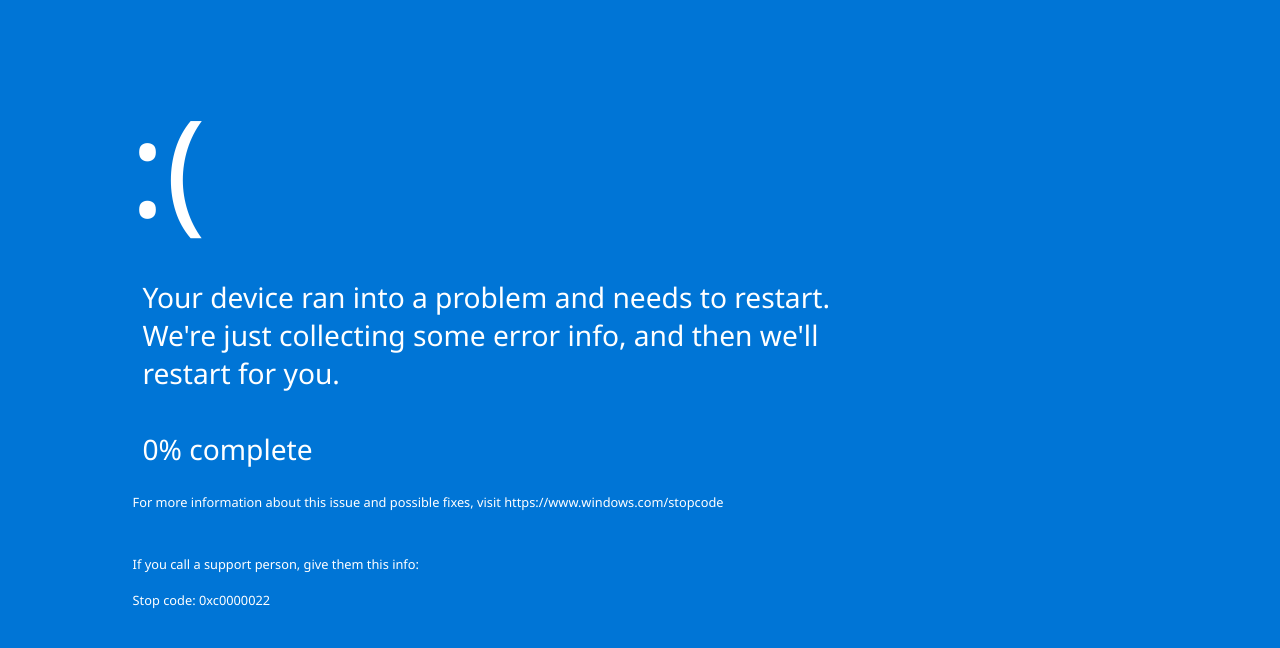
Repository: end888160/end888160.github.io
Page: BSoD2.html
The author's editor kept a copy of each file at every save. The page is drawn from the files as they stood at one save, then again after a run of saves.
The browser window is 1280 px wide. The pictures show the whole page.

Above is the page before, as saved 2024-09-22 23:23:00.

After the next 3 saves:
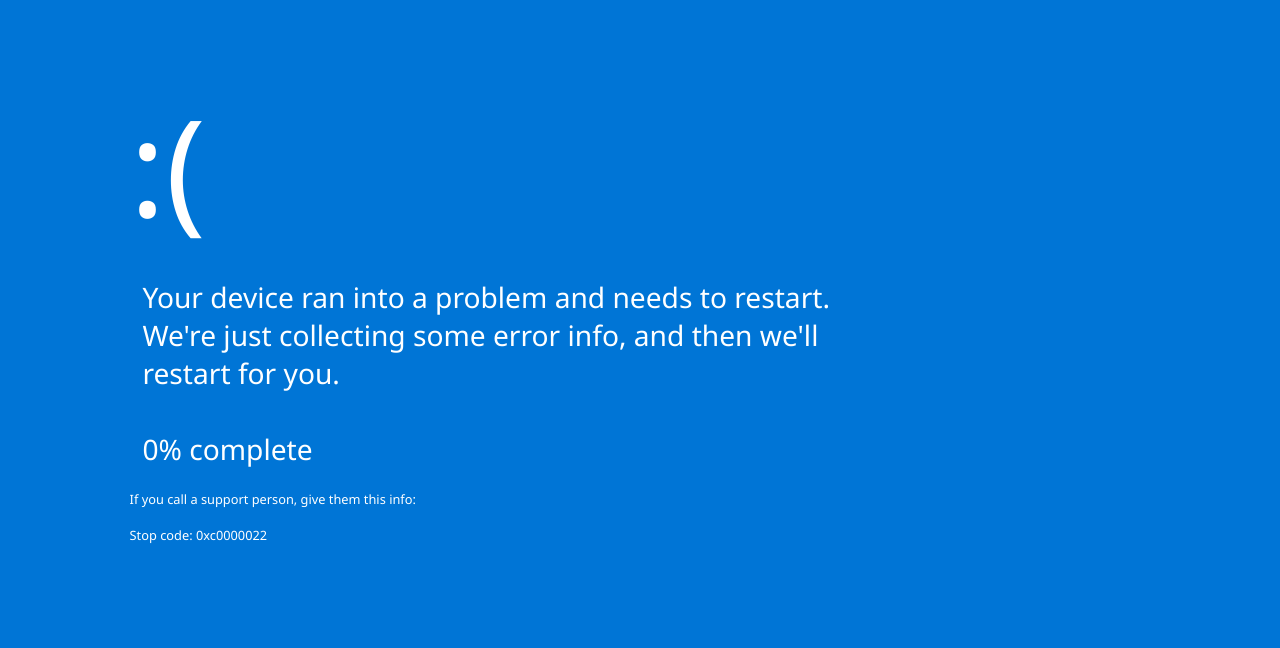
The 3 saves are shown as one change because they came seconds apart.
The last was saved 18 s later.
--- a/BSoD2.html
+++ b/BSoD2.html
@@ -24,6 +24,7 @@
 	#for {
 		font-weight: 100;
 		font-size: 1vw;
+		padd
 	}
 
 </style>
@@ -34,11 +35,6 @@
 	<br>
 	0% complete </div>
 	<br>
-	<table>
-		<td><div id="for">For more information about this issue and possible fixes, visit https://www.windows.com/stopcode</div><br>
-		<br>
-		<div id="for">If you call a support person, give them this info:<br><br>
+	<div id="for">If you call a support person, give them this info:<br><br>
 		Stop code: 0xc0000022 </div>
-		</td>
-	</table>
 </html>
